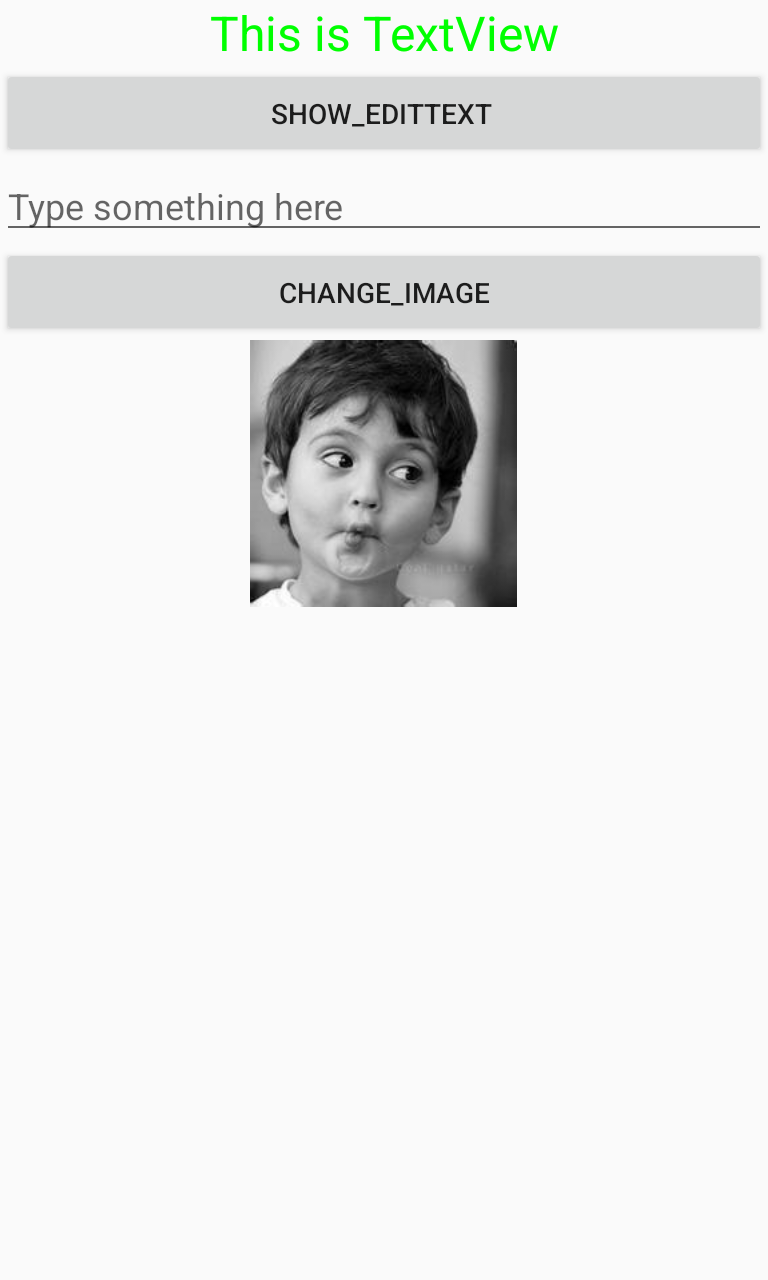
Repository: hohoTT/Android_summarize
Layout: UIWidgeTest/res/layout/activity_main.xml
These files come from the project's save history. The layout is drawn as it stood at one moment and after the next save; the edit follows.
It is drawn on a 768 x 1280 px phone screen (xhdpi) without system bars, with theme AppTheme; the app's code is not run.

Above is the layout before, as saved 2016-02-23 09:22:48.

After the next save:
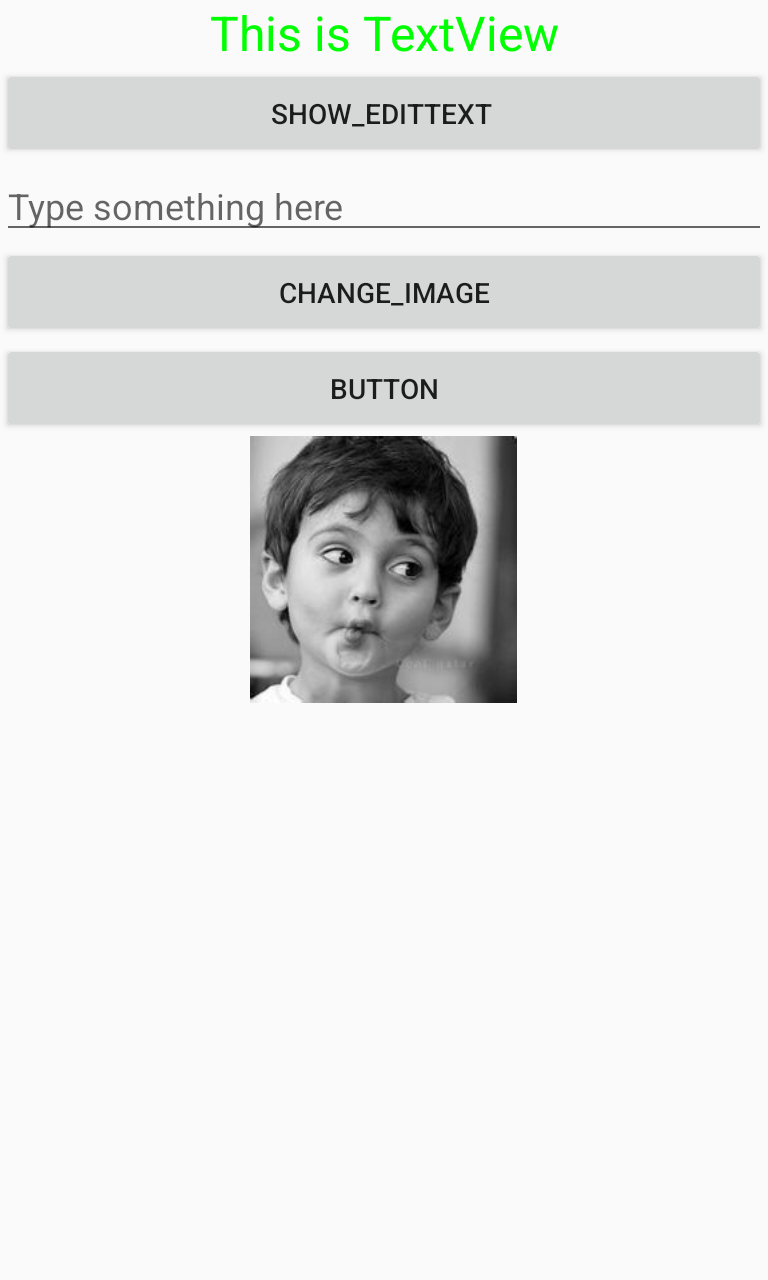
Saved 66 s later.
--- a/UIWidgeTest/res/layout/activity_main.xml
+++ b/UIWidgeTest/res/layout/activity_main.xml
@@ -31,6 +31,12 @@
         android:layout_height="wrap_content"
         android:text="Change_image" />
 
+    <Button
+        android:id="@+id/button"
+        android:layout_width="match_parent"
+        android:layout_height="wrap_content"
+        android:text="Button" />
+
     <ImageView
         android:id="@+id/image_view"
         android:layout_width="wrap_content"
